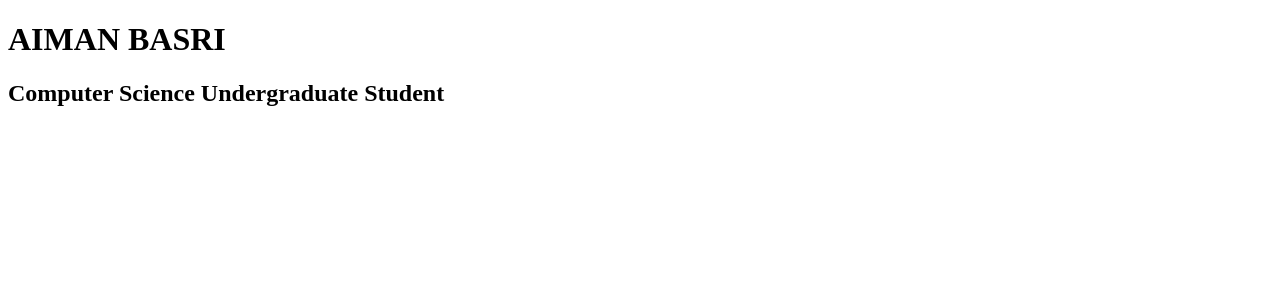
Repository: aimanbasri/Web-Development-Bootcamp
Page: HTML - Personal Site/index.html
The author's editor kept a copy of each file at every save. The page is drawn from the files as they stood at one save, then again after the next save.
The browser window is 1280 px wide. The pictures show the whole page.

Above is the page before, as saved 2019-12-29 00:54:34.

After the next save:
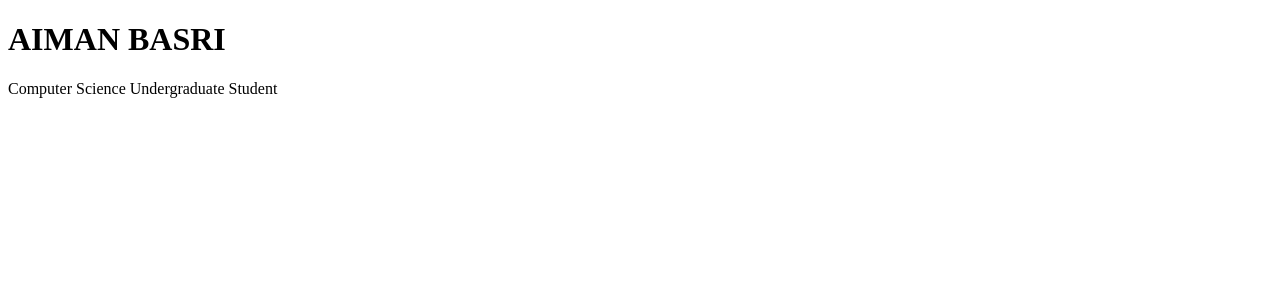
Saved 96 s later.
--- a/HTML - Personal Site/index.html
+++ b/HTML - Personal Site/index.html
@@ -8,6 +8,6 @@
 </head>
 <body>
     <h1> AIMAN BASRI </h1>
-    <h2> Computer Science Undergraduate Student</h2>
+    <p> Computer Science Undergraduate Student</p>
 </body>
 </html>
